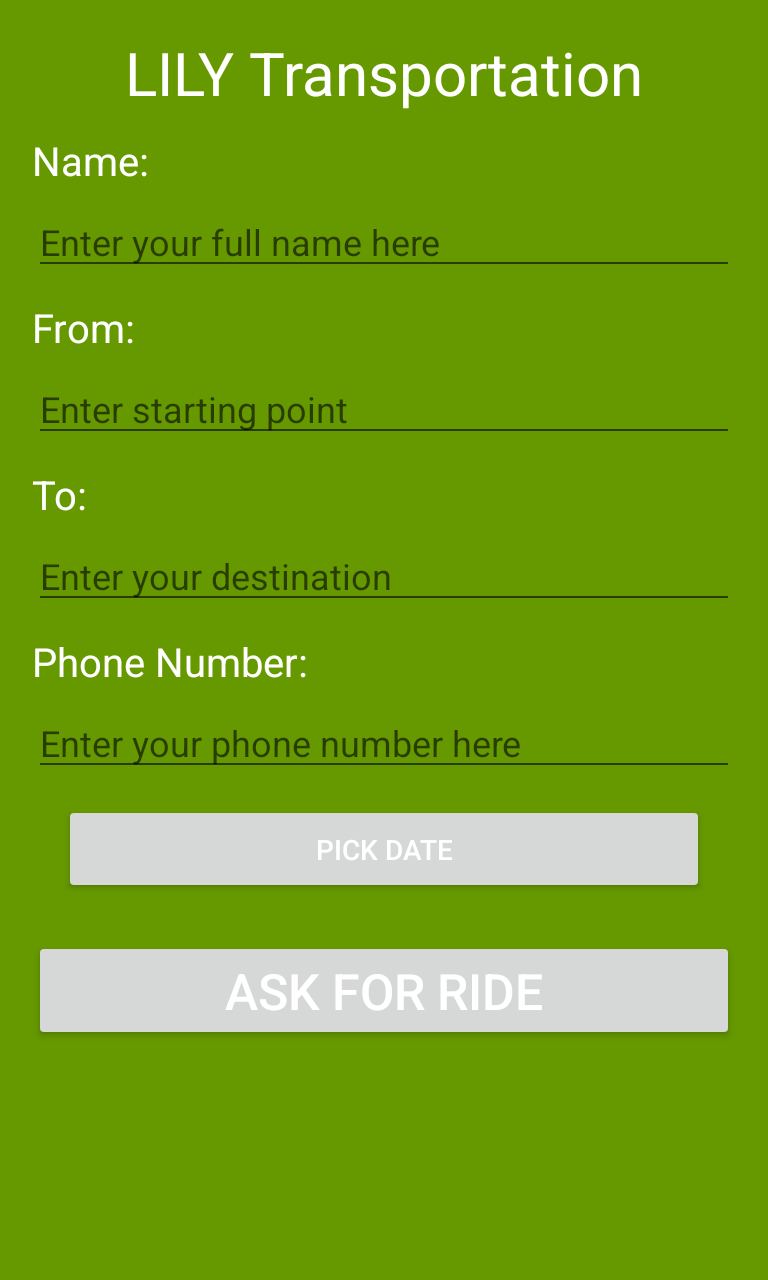
Repository: bwoldemi/LilyTrans
Layout: TransLily/res/layout/activity_main.xml
These files come from the project's save history. The layout is drawn as it stood at one moment and after the next save; the edit follows.
It is drawn on a 768 x 1280 px phone screen (xhdpi) without system bars, with theme AppTheme; the app's code is not run.

Above is the layout before, as saved 2014-09-20 11:33:42.

After the next save:
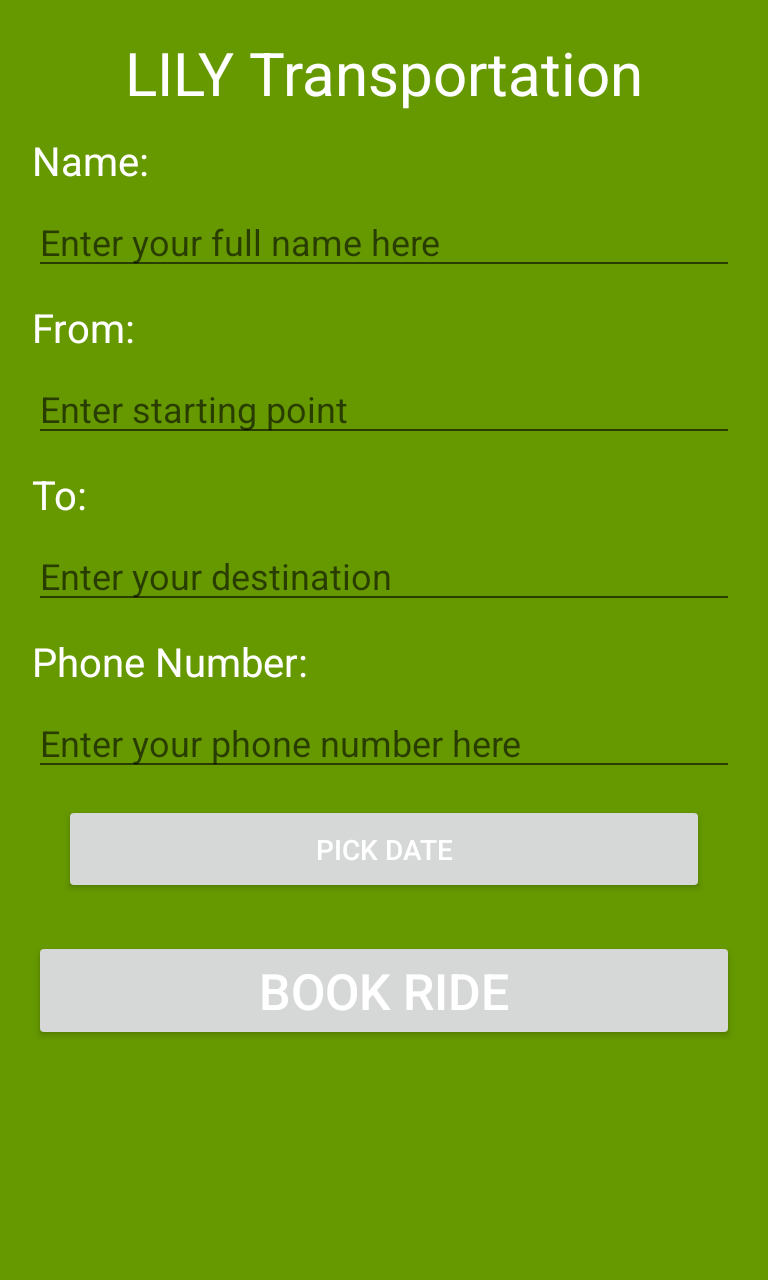
Saved 79 s later.
--- a/TransLily/res/values/strings.xml
+++ b/TransLily/res/values/strings.xml
@@ -13,7 +13,7 @@
     <string name="typein_name"> Enter your full name here</string>
     <string name="contact_info"> Phone Number: </string>
     <string name="phone_number"> Enter your phone number here</string>
-    <string name="button_askride"> Ask for ride</string>
+    <string name="button_askride"> Book Ride</string>
     <string name="button_offerride"> Offer ride</string>
     <string name="pick_time"> Pick time </string>
     <string name="pick_date"> Pick date </string>
